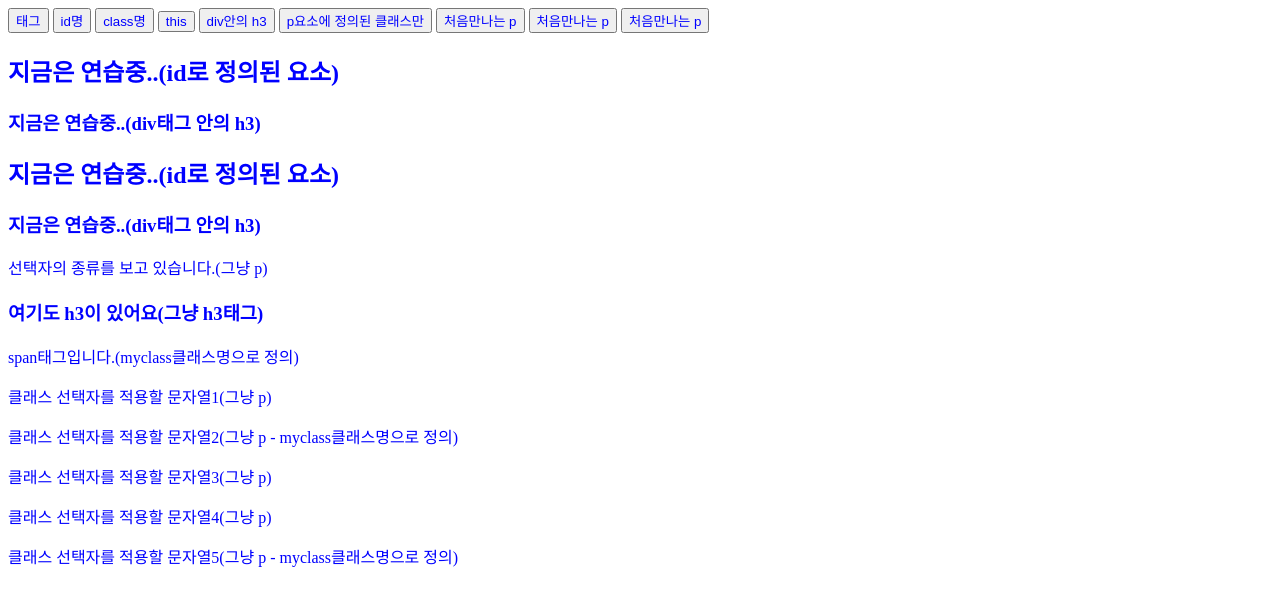
Repository: sonic247897/multicampus-web
Page: clientweb/WebContent/jquery/jquery_selector.html
An editor plug-in stored every save of this project. The page is shown before and after the next save, followed by the edit.
The browser window is 1280 px wide. The pictures show the whole page.
After loading, the first visible `#tag` was clicked once.

Above is the page before, as saved 2020-01-10 07:33:21.

### clientweb/WebContent/jquery/jquery_selector.html
<!DOCTYPE html>
<html>
<head>
	<meta charset="EUC-KR">
	<title>Insert title here</title>
	<script src="https://ajax.googleapis.com/ajax/libs/jquery/3.4.1/jquery.min.js"></script>
</head>
<body>

	<div id="btns">
		<input type="button" value="태그" name="btn" id="tag" />
		<input type="button" value="id명" name="btn" id="id" />
		<input	type="button" value="class명" name="btn" id="class" />
		<input type="button" value="this" name="btn" id="this" />
		<input type="button" value="div안의 h3" name="btn" id="myh3" />
		<input type="button" value="p요소에 정의된 클래스만" name="btn" id="pclass" />
		<input	type="button" value="처음만나는 p" name="btn" id="firstP" />
		<input	type="button" value="처음만나는 p" name="btn" id="firstP" />
		<input	type="button" value="처음만나는 p" name="btn" id="firstP" />
	</div>
	<div>
		<h2 id="myid">지금은 연습중..(id로 정의된 요소)</h2>
		<h3>지금은 연습중..(div태그 안의 h3)</h3>
	</div>
	<div>
		<h2 id="myid">지금은 연습중..(id로 정의된 요소)</h2>
		<h3>지금은 연습중..(div태그 안의 h3)</h3>
	</div>
	<p>선택자의 종류를 보고 있습니다.(그냥 p)</p>
	<h3>여기도 h3이 있어요(그냥 h3태그)</h3>
	<span class="myclass">span태그입니다.(myclass클래스명으로 정의)</span>

	<p>클래스 선택자를 적용할 문자열1(그냥 p)</p>
	<p class="myclass">클래스 선택자를 적용할 문자열2(그냥 p - myclass클래스명으로 정의)</p>
	<p>클래스 선택자를 적용할 문자열3(그냥 p)</p>
	<p>클래스 선택자를 적용할 문자열4(그냥 p)</p>
	<p class="myclass">클래스 선택자를 적용할 문자열5(그냥 p - myclass클래스명으로 정의)</p>

	<script type="text/javascript">
		//jQuery의 선택자 연습
		$(document).ready(function() {
			$("*").css("color", "blue");
			$("#tag").on("click", function() {
				alert("선택자를 태그로 정의");
			});
			$("#id").on("click", function() {
				alert("선택자를 id속성으로 정의");
			});
			$("#class").on("click", function() {
				alert("선택자를 class속성으로 정의");
			});

		});
	</script>

</body>
</html>

After the next save:
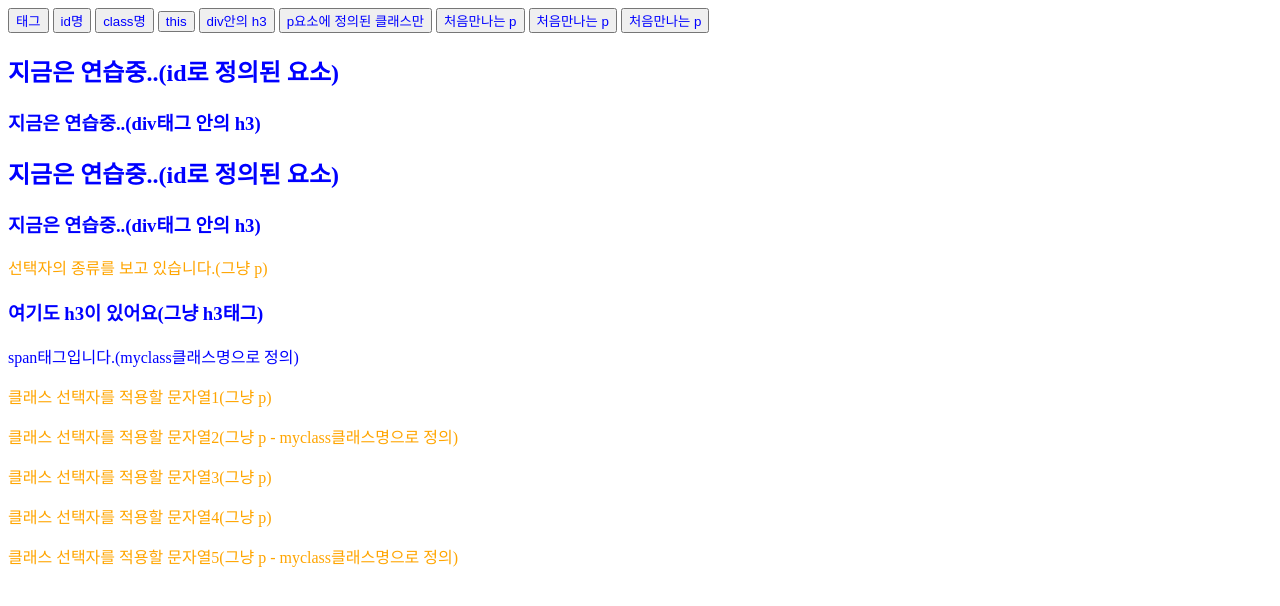
Saved 2 min 26 s later.
--- a/clientweb/WebContent/jquery/jquery_selector.html
+++ b/clientweb/WebContent/jquery/jquery_selector.html
@@ -42,6 +42,7 @@
 			$("*").css("color", "blue");
 			$("#tag").on("click", function() {
 				alert("선택자를 태그로 정의");
+				$("p").css("color", "orange");
 			});
 			$("#id").on("click", function() {
 				alert("선택자를 id속성으로 정의");
